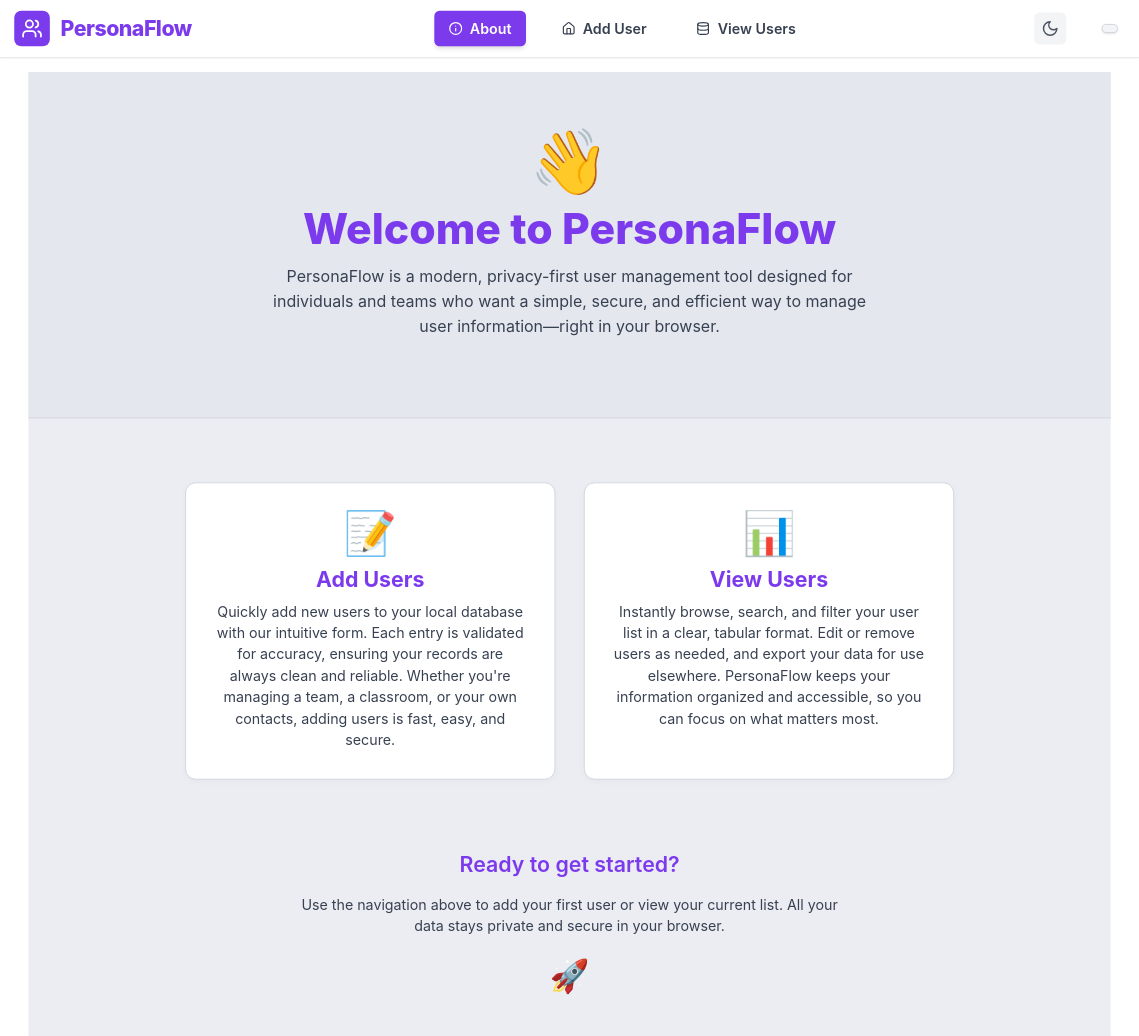
Repository: nikunjagarwal05/PersonaFlow
Page: /
The author's editor kept a copy of each file at every save. The page is drawn from the files as they stood at one save, then again after the next save.
The browser window is 1280 px wide. The pictures show the whole page, at 89% of full size.
The project was rebuilt for these pictures with package versions that can differ from the ones it lists, and the page was loaded fresh each time. Also part of the build but not shown: vite.config.ts, src/components/Toast.jsx, src/components/LanguageSelector.jsx, src/components/UserForm.jsx, src/utils/localStorage.js, src/pages/Home.jsx, src/components/UserTable.jsx, src/components/SearchBar.jsx and 3 more.

Above is the page before, as saved 2025-06-12 12:34:01.

After the next save:
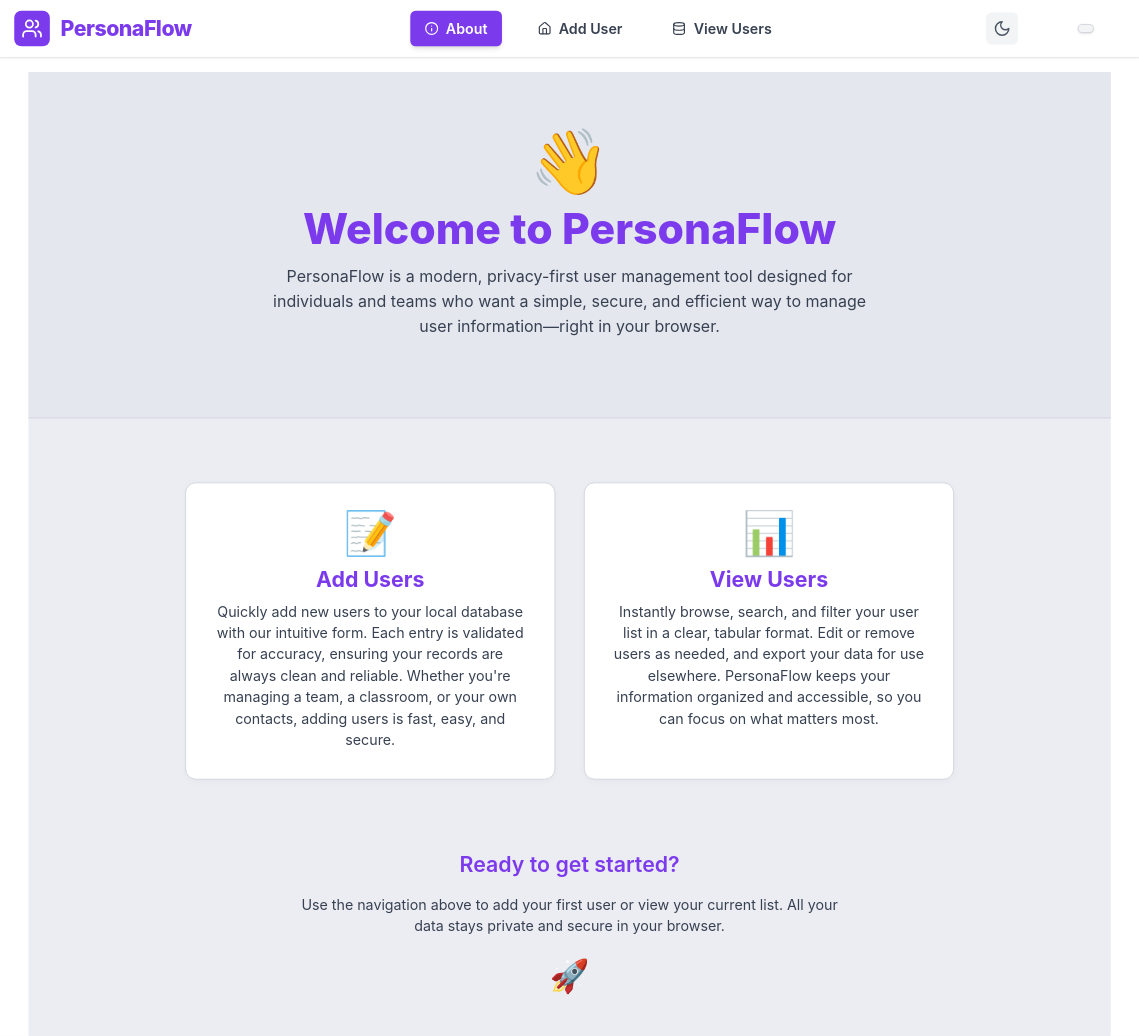
Saved 4 s later.
--- a/src/components/Navbar.jsx
+++ b/src/components/Navbar.jsx
@@ -74,7 +74,7 @@ const Navbar = ({ darkMode, toggleDarkMode }) => {
             </button>
           </div>
 
-          <div className='flex justify-center items-center '>
+          <div className='flex justify-center items-center h-10 w-20'>
             <div id="google_translate_element"></div>
           </div>
         </div>
